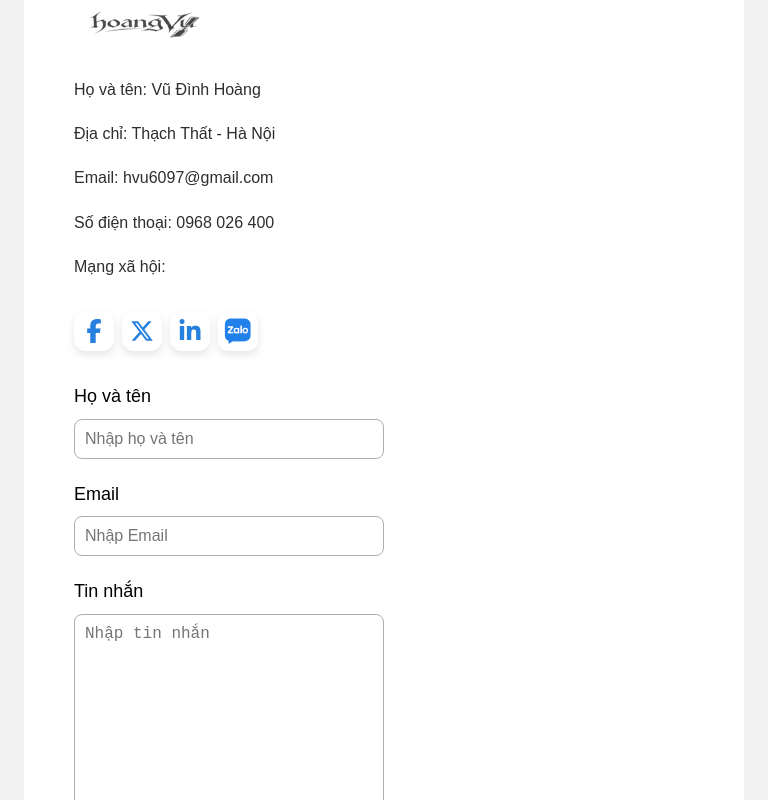
Repository: hoang28092000/portfolio
Page: pages/contact.html
These files come from the project's save history. The page is drawn as it stood at one moment and after a run of saves; the edit follows.
The browser window is 768 px wide. The pictures show the whole page.

Above is the page before, as saved 2025-04-12 01:13:15.

After the next 3 saves:
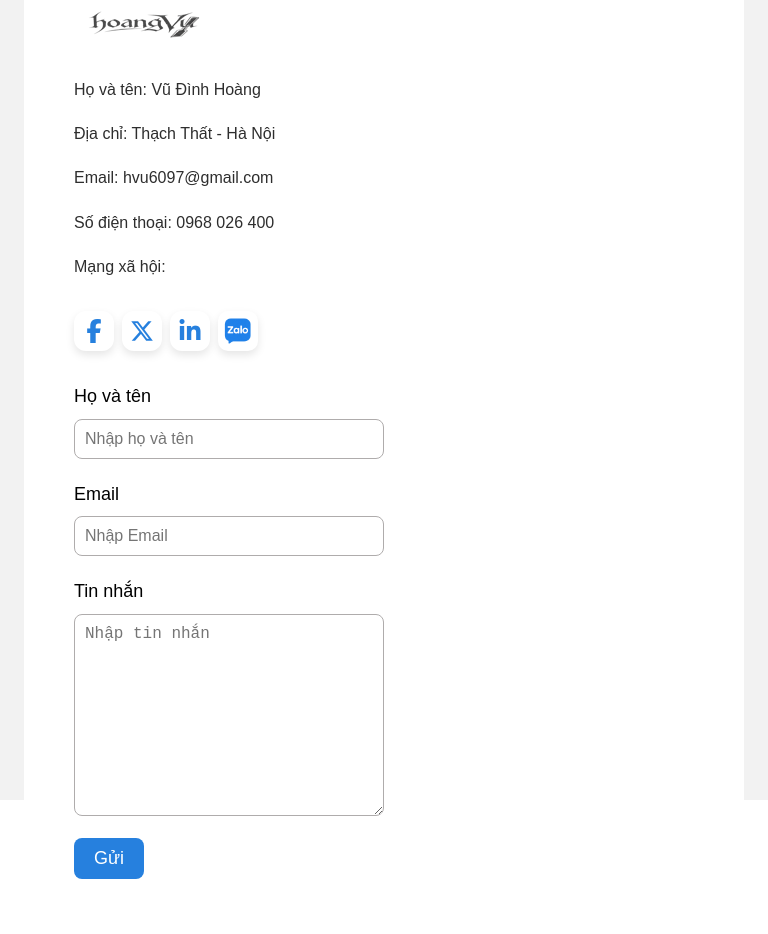
The 3 saves are shown as one change because they came seconds apart.
The last was saved 10 s later.
--- a/css/responsive-pages.css
+++ b/css/responsive-pages.css
@@ -141,7 +141,7 @@
     margin-right: 10px;
   }
   #main-contact{
-
+ overflow: visible;
   }
 }
 @media (max-width: 480px) {
